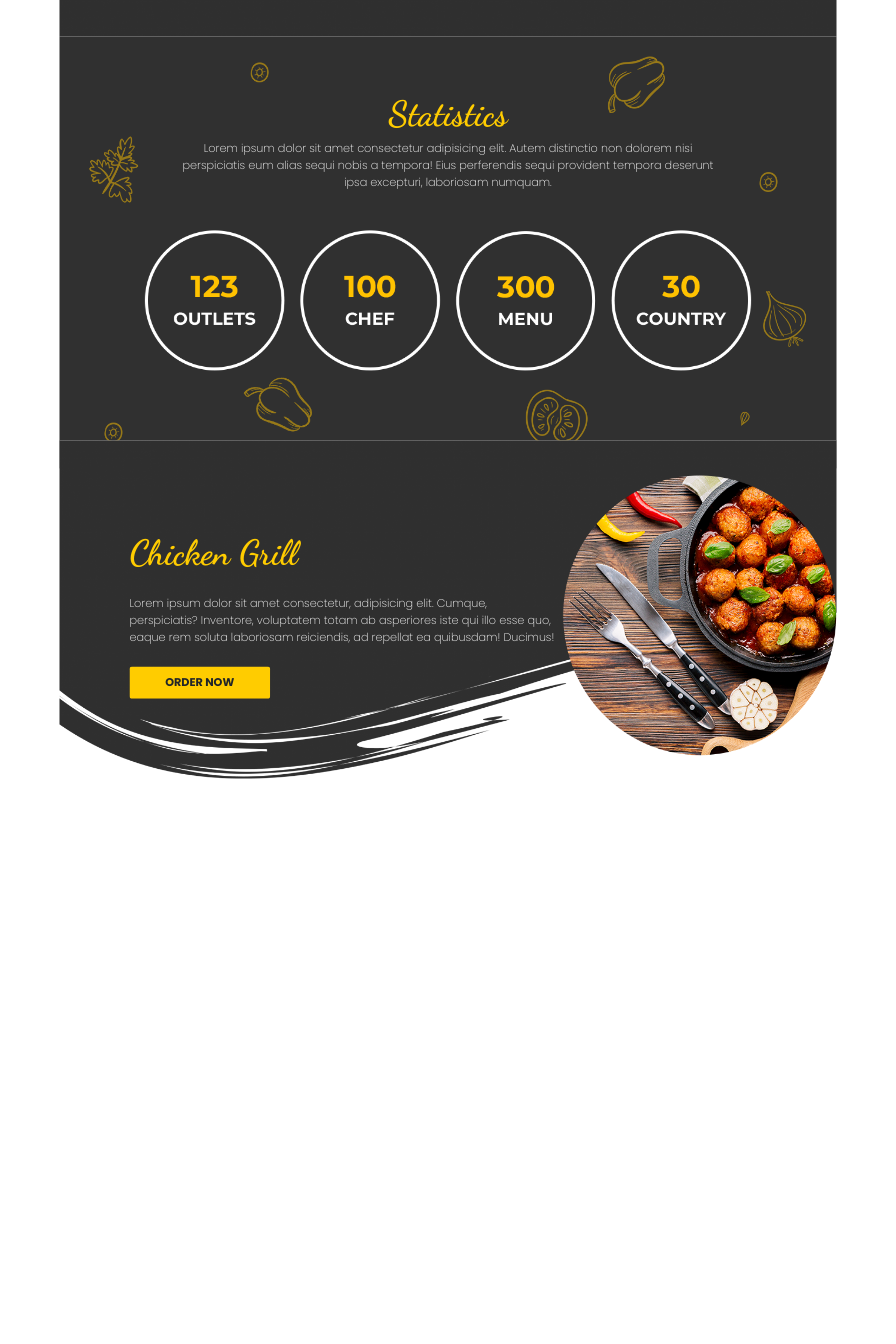
Repository: iphoneboy46/templateRestaurent
Page: index.html
The author's editor kept a copy of each file at every save. The page is drawn from the files as they stood at one save, then again after the next save.
The browser window is 1280 px wide. The pictures show the part of the page from y = 2113 to 4033 px (the page is 7200 px tall), at 70% of full size.

Above is the page before, as saved 2022-10-12 22:31:16.

### index.html
<!DOCTYPE html>
<html lang="en">

<head>
    <meta charset="UTF-8">
    <meta http-equiv="X-UA-Compatible" content="IE=edge">
    <meta name="viewport" content="width=device-width, initial-scale=1.0">
    <link rel="stylesheet" href="https://cdn.jsdelivr.net/npm/bootstrap@4.3.1/dist/css/bootstrap.min.css"
        integrity="sha384-ggOyR0iXCbMQv3Xipma34MD+dH/1fQ784/j6cY/iJTQUOhcWr7x9JvoRxT2MZw1T" crossorigin="anonymous">
    <script src="https://code.jquery.com/jquery-3.3.1.slim.min.js"
        integrity="sha384-q8i/X+965DzO0rT7abK41JStQIAqVgRVzpbzo5smXKp4YfRvH+8abtTE1Pi6jizo"
        crossorigin="anonymous"></script>
    <script src="https://cdn.jsdelivr.net/npm/popper.js@1.14.7/dist/umd/popper.min.js"
        integrity="sha384-UO2eT0CpHqdSJQ6hJty5KVphtPhzWj9WO1clHTMGa3JDZwrnQq4sF86dIHNDz0W1"
        crossorigin="anonymous"></script>
    <script src="https://cdn.jsdelivr.net/npm/bootstrap@4.3.1/dist/js/bootstrap.min.js"
        integrity="sha384-JjSmVgyd0p3pXB1rRibZUAYoIIy6OrQ6VrjIEaFf/nJGzIxFDsf4x0xIM+B07jRM"
        crossorigin="anonymous"></script>
    <link rel="stylesheet" href="https://cdnjs.cloudflare.com/ajax/libs/font-awesome/6.2.0/css/all.min.css"
        integrity="sha512-xh6O/CkQoPOWDdYTDqeRdPCVd1SpvCA9XXcUnZS2FmJNp1coAFzvtCN9BmamE+4aHK8yyUHUSCcJHgXloTyT2A=="
        crossorigin="anonymous" referrerpolicy="no-referrer" />
    <link rel="stylesheet" href="style.css">
    <title>Document</title>
</head>

<body>
  <div class="container">
        <header class="header container-fluid">
            <nav class="menu__list pt-3">
                <div class="logo">
                    <a class="navbar-brand">
                        <img src="images/logo.png" alt="">
                    </a>
                </div>
                <ul class="menu__items">
                    <li class="nav-item">
                        <a class="nav-link text-white" href="#">Home</a>
                    </li>
                    <li class="nav-item">
                        <a class="nav-link text-white" href="#">Product</a>
                    </li>
                    <li class="nav-item">
                        <a class="nav-link text-white" href="#">Promo</a>
                    </li>
                    <li class="nav-item">
                        <a class="nav-link text-white" href="#">About</a>
                    </li>
                    <li class="nav-item">
                        <a class="nav-link text-white" href="#">Contact</a>
                    </li>
                </ul>
                <div class="item--search">
                    <i class="fa-solid fa-magnifying-glass"></i>
                </div>
            </nav>
            <div class="header__content">
                <h1>Title Here</h1>
                <p>Lorem ipsum dolor sit amet consectetur, adipisicing elit. Cumque, perspiciatis? Inventore, voluptatem
                    totam ab asperiores iste qui illo esse quo, eaque rem soluta laboriosam reiciendis, ad repellat ea
                    quibusdam! Ducimus!</p>
                <button type="button" class="btn">ORDER NOW</button>
            </div>
        </header>
        <section class="section">
            <div class="section__best-seller">
                <h1>Best seller</h1>
                <p>Lorem ipsum dolor sit amet consectetur adipisicing elit. Autem distinctio non dolorem nisi perspiciatis
                    eum alias sequi nobis a tempora! Eius perferendis sequi provident tempora deserunt ipsa excepturi,
                    laboriosam numquam.</p>
                <div class="section__best-seller--list">
                    <div class="section__best-seller--item">
                        <div>
                            <img src="images/img1.png" alt="">
                        </div>
                        <div>
                            <h2>Title Here</h2>
                        </div>
                        <div>
                            <p>Lorem ipsum dolor sit amet consectetur adipisicing elit. </p>
                        </div>
                    </div>
                    <div class="section__best-seller--item">
                        <div>
                            <img src="images/img2.png" alt="">
                        </div>
                        <div>
                            <h2>Title Here</h2>
                        </div>
                        <div>
                            <p>Lorem ipsum dolor sit amet consectetur adipisicing elit. </p>
                        </div>
                    </div>
                    <div class="section__best-seller--item">
                        <div>
                            <img src="images/img3.png" alt="">
                        </div>
                        <div>
                            <h2>Title Here</h2>
                        </div>
                        <div>
                            <p>Lorem ipsum dolor sit amet consectetur adipisicing elit. </p>
                        </div>
                    </div>
                </div>
            </div>
           <div class="section__background">
                <div class="section__Oriental">
                    <div class="section__Oriental--content">
                        <div class="section__Oriental--img">
                            <img src="images/img8.png" alt="">
                        </div>
                        <div class="section__Oriental--title">
                            <h1>Oriental Taste</h1>
                            <p>Lorem ipsum dolor sit amet consectetur, adipisicing elit. Cumque, perspiciatis? Inventore,
                                voluptatem totam ab asperiores iste qui illo esse quo, eaque rem soluta laboriosam reiciendis,
                                ad repellat ea quibusdam! Ducimus!</p>
                            <button type="button" class="btn">ORDER NOW</button>
                        </div>
                    </div>
                </div>
                <div class="section__Statistics">
                    <div class="section__Statistics--title">
                        <h1>Statistics</h1>
                        <p>Lorem ipsum dolor sit amet consectetur adipisicing elit. Autem distinctio non dolorem nisi
                            perspiciatis eum alias sequi nobis a tempora! Eius perferendis sequi provident tempora deserunt ipsa
                            excepturi, laboriosam numquam.</p>
                    </div>
                    <div class="section__Statistics--img">
                        <img src="images/img7.png" alt="">
                        <img src="images/img6.png" alt="">
                        <img src="images/img5.png" alt="">
                        <img src="images/img4.png" alt="">
                    </div>
                    <div class="section__Chicken">
                        <div class="section__Oriental--content">
                            <div class="section__Oriental--title">
                                <h1>Chicken Grill</h1>
                                <p>Lorem ipsum dolor sit amet consectetur, adipisicing elit. Cumque, perspiciatis? Inventore,
                                    voluptatem totam ab asperiores iste qui illo esse quo, eaque rem soluta laboriosam
                                    reiciendis, ad repellat ea quibusdam! Ducimus!</p>
                                <button type="button" class="btn">ORDER NOW</button>
                            </div>
                            <div class="section__Oriental--img">
                                <img src="images/img9.png" alt="">
                            </div>
                        </div>
                    </div>
                </div>
                <div class="section__comment">
                   <div class="section__comment--title">
                        <p>Lorem ipsum dolor sit amet consectetur adipisicing elit. Dolor iure ducimus inventore enim harum aspernatur, et tempore minus ab, natus eos obcaecati error provident laboriosam. Eos quaerat unde sint! Sit.</p>
                        <h1>Lenora Fields</h1>
                   </div>
                </div>
           </div>
        </section>
  </div>
</body>

</html>

### style.css
@import url('https://fonts.googleapis.com/css2?family=Poppins:wght@200&display=swap');
@import url('https://fonts.googleapis.com/css2?family=Dancing+Script:wght@700&family=Great+Vibes&family=Pacifico&family=Poppins:wght@200;700&family=Yellowtail&display=swap');
@import url('https://fonts.googleapis.com/css2?family=Dancing+Script:wght@700&family=Pacifico&family=Poppins:wght@200&display=swap');


* {
    padding: 0;
    margin: 0;
    box-sizing: border-box;
    font-family: 'Poppins', sans-serif;
    text-decoration: none;
    list-style: none;
}

body {
    background-color: white;
    height: 1000vh;
}

.logo {
    width: 40%;
}

.header {
    background-image: url(images/header.png);
    width: 100%;
    height: 900px;
    background-repeat: no-repeat;
}

.menu__list {
    display: flex;
    justify-content: space-between;
    align-items: center;
}

.menu__items {
    display: flex;
    justify-content: space-between;
    align-items: center;
    width: 40%;
}

.menu__items li a {
    font-size: 20px;
}


.item--search i {
    margin-right: 10px;
    color: white;
    font-size: 20px;
}

.header__content {
    width: 435px;
    position: absolute;
    top: 40%;
    left: 65%;
    transform: translate(-50%, -50%)
}



.header__content h1 {
    color: #ffcc00;
    font-size: 80px;
    font-weight: bold;
    font-family: 'Dancing Script', sans-serif;
}

.header__content p {
    font-size: 18px;
    color: white;
    line-height: 30px;
    margin-top: 30px;
    margin-bottom: 30px;
}

.header__content .btn {
    background-color: #ffcc00;
    font-weight: 800;
    padding: 10px 50px;
}


.section__best-seller {
    width: 100%;
    margin: auto;
    margin-bottom: 100px;
}

.section__best-seller h1 {
    text-align: center;
    font-size: 50px;
    font-family: 'Dancing Script', sans-serif;
}

.section__best-seller p {
    text-align: center;
    font-weight: 500;
    margin-top: 20px;
    margin-bottom: 40px;
}

.section__best-seller--list {
    display: flex;
    justify-content: space-between;
    align-items: center;
}

.section__best-seller--item {
    display: flex;
    flex-direction: column;
    justify-content: space-around;
    align-items: center;
}

.section__best-seller--item img {
    width: 100%;
    height: 100%;
}

.section__best-seller--item h2 {
    text-align: center;
    margin-top: 5px;
    font-family: 'Dancing Script', sans-serif;
    font-weight: bolder;
}

.section__Oriental {
    background-image: url(images/Design3.png);
    width: 100%;
    background-size: 100%;
    background-repeat: no-repeat;
    margin: auto;
    padding:50px;

}

.section__Oriental--content {
    width: 100%;
    height: 500px;
    display: flex;
    justify-content: space-around;
    align-items: center;
}

.section__Oriental--img {
    width: 100%;
    height: 400px;
    margin-left: 10px;
}

.section__Oriental--img img {
    width: 100%;
    height: 100%;
}

.section__Oriental--title {
    margin-left: 100px;
}


.section__Oriental--title h1 {
    color: #ffcc00;
    font-size: 50px;
    font-weight: bold;
    font-family: 'Dancing Script', sans-serif;
}

.section__Oriental--title p {
    color: white;
    font-size: 16px;
    margin-top: 30px;
    margin-bottom: 30px;
}

.section__Oriental--title .btn {
    background-color: #ffcc00;
    font-weight: 800;
    padding: 10px 50px;
}

.section__Statistics {
    width: 100%;
    background-image: url(images/Design2.png);
    background-repeat: no-repeat;
    background-size: 100%;
    padding-bottom: 80px;
}


.section__Statistics--title h1 {
    color: #ffcc00;
    font-size: 50px;
    font-weight: bold;
    font-family: 'Dancing Script', sans-serif;
    text-align: center;
    padding-top: 80px;
}

.section__Statistics--title p {
    margin: auto;
    width: 70%;
    text-align: center;
    color: white;
}

.section__Statistics--img {
    width: 80%;
    margin: auto;
    display: flex;
    justify-content: space-around;
    align-items: center;
    margin-top: 57px;
}

.section__Statistics--img img{
    width: 200px;
}



.section__Chicken {
    margin-top: 100px;
    background-color: white;
    width: 100%;
    background-image: url(images/Design4.png);
    background-repeat: no-repeat;
    background-size: 100%;
    height: 1000px;
}



.section__comment--title {
    margin: auto;
    width: 50%;
    padding-top:450px;
}

.section__comment--title p{
    font-size:35px;
    text-align: center;
    font-weight: 500;
}

.section__comment--title h1{
    text-align: center;
    color: black;
    font-size: 100px;
    font-weight: bold;
    font-family: 'Dancing Script', sans-serif;
}

After the next save:
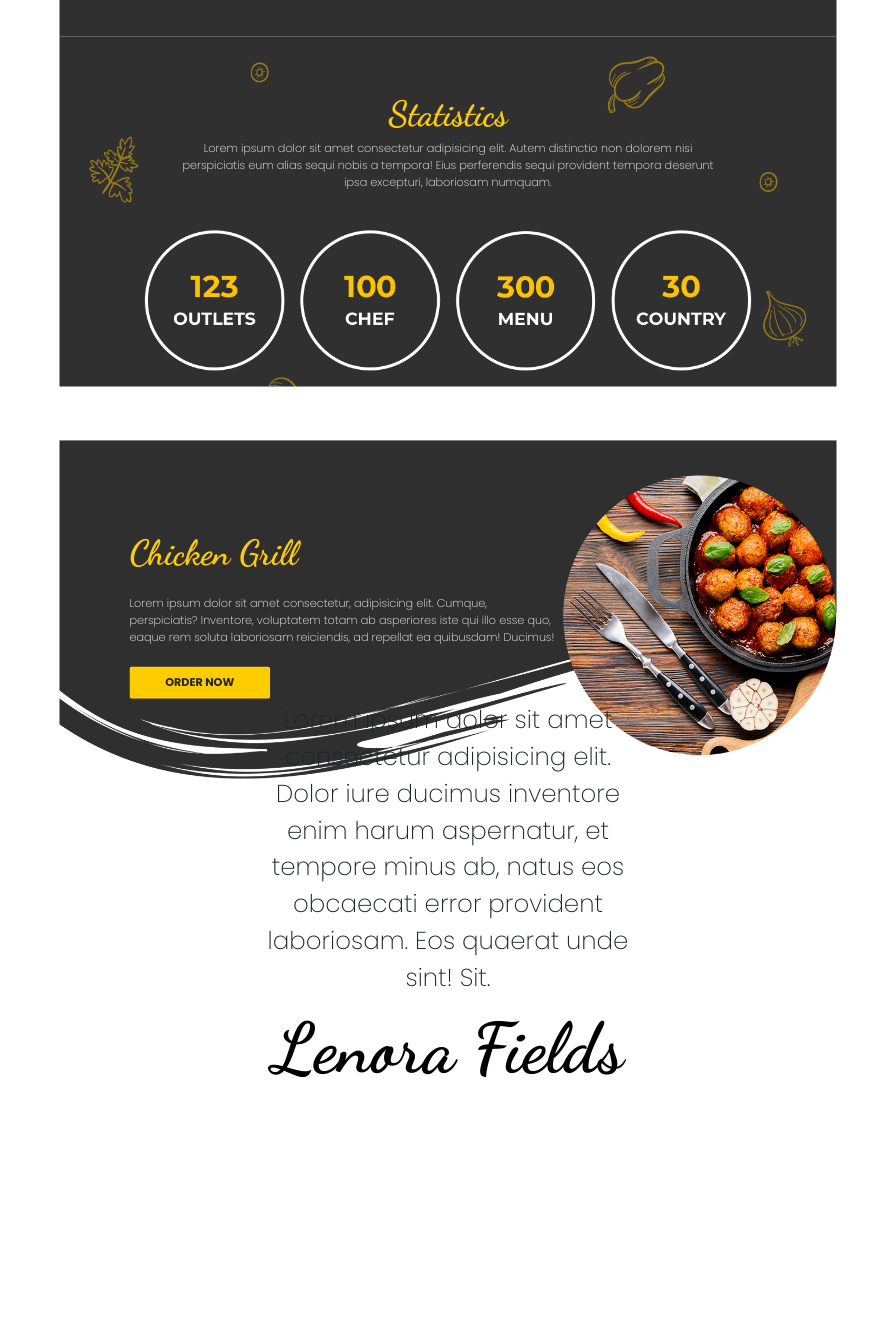
Saved 15 s later.
--- a/style.css
+++ b/style.css
@@ -187,7 +187,7 @@ body {
     background-image: url(images/Design2.png);
     background-repeat: no-repeat;
     background-size: 100%;
-    padding-bottom: 80px;
+    height: 500px;
 }
 
 
